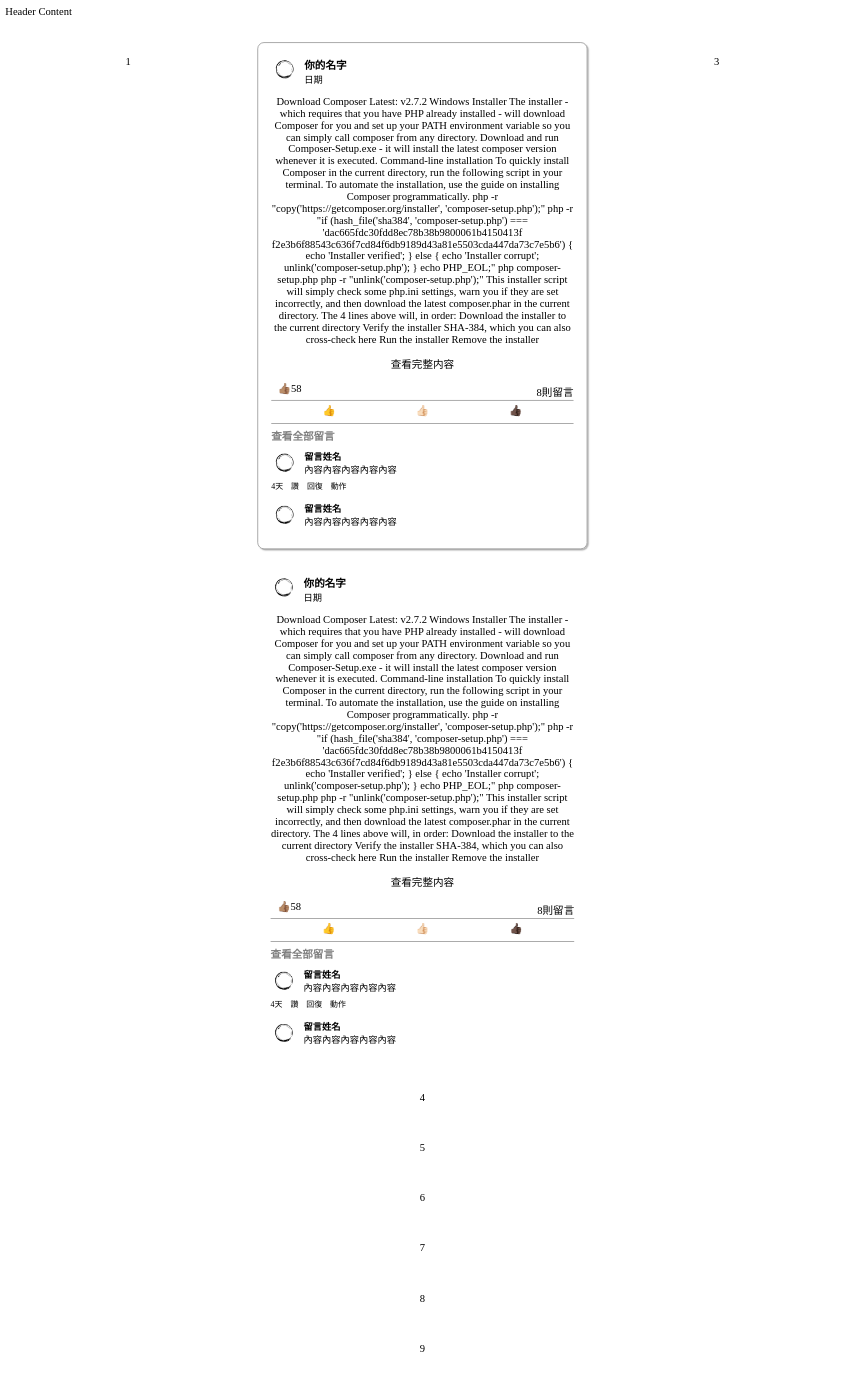
Repository: yuchiyang123/index_view
Page: http://localhost/
The author's editor kept a copy of each file at every save. The page is drawn from the files as they stood at one save, then again after the next save.
The browser window is 1280 px wide. The pictures show the whole page, at 66% of full size.
The page is run by PHP 8.4 with error messages shown; the project is at /var/www/html/.

Above is the page before, as saved 2024-03-27 11:26:58.

After the next save:
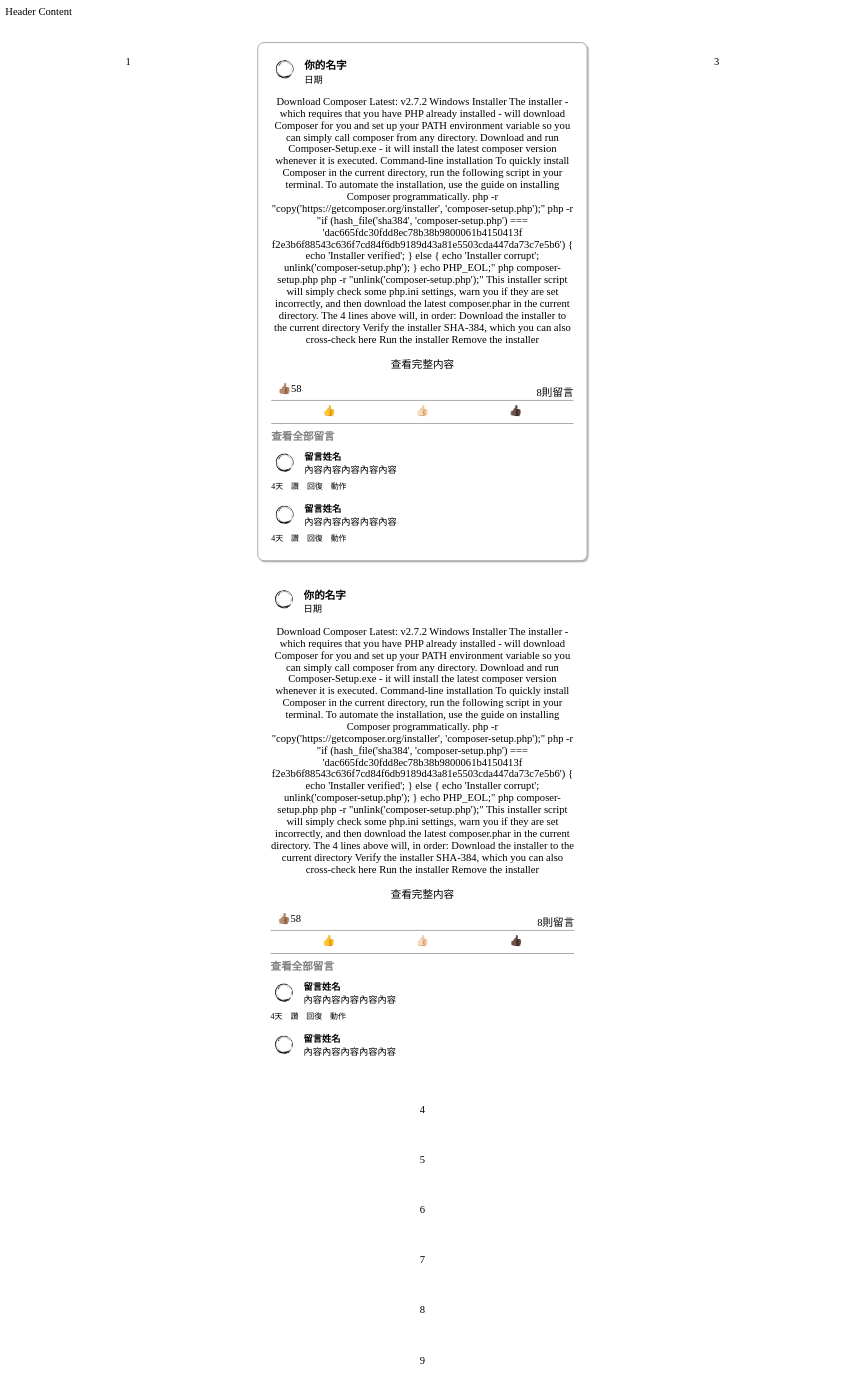
Saved 5 min 52 s later.
--- a/index.php
+++ b/index.php
@@ -267,7 +267,23 @@ a{
                 </div>
                 <div class="LeaveMessage">
                     <div><a href="#"></a></div>
-                    <div><div class="LeaveMessageimgdiv"><img src="img/2-1.png" class="LeaveMessageUsernameIMG"></div><div class="LeaveMessageUsername">留言姓名</div><div class="LeaveMessageMain">內容內容內容內容內容</div></div>
+                    <div>
+                        <div class="LeaveMessageimgdiv">
+                            <img src="img/2-1.png" class="LeaveMessageUsernameIMG">
+                        </div>
+                        <div class="LeaveMessageall">
+                            <div class="LeaveMessageUsername">
+                                留言姓名
+                            </div>
+                            <div class="LeaveMessageMain">
+                                內容內容內容內容內容
+                            </div>
+                            <div class="LeaveMessageAction">
+                                <a href="#">4天</a>&emsp;<a href="#">讚</a>&emsp;<a href="#">回復</a>&emsp;<a href="#">動作</a>
+                            </div>
+                        </div>
+
+                    </div>
                 </div>
             </div>
             </div>
